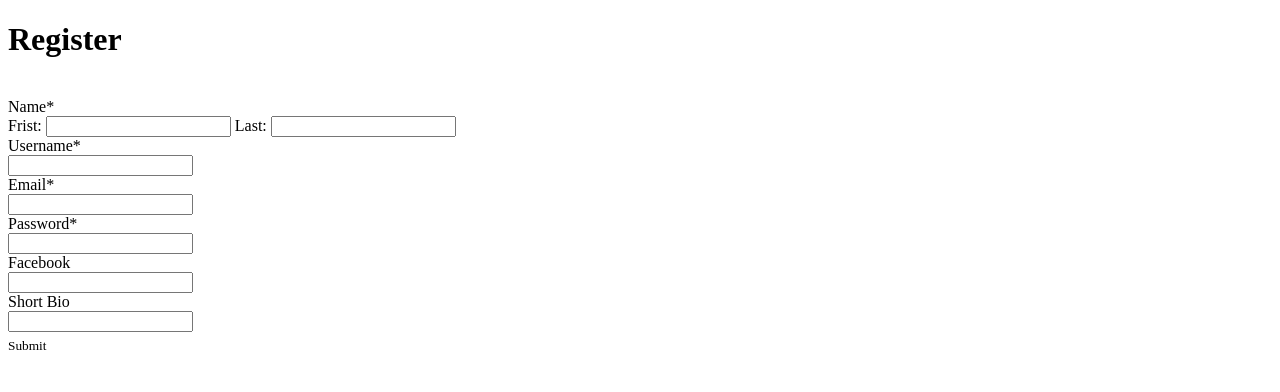
Repository: Knguyen2003/Spring
Page: JavaServlet/Tuan1/PhanNguyenKhoiNguyen_21068021_Tuan1/src/main/webapp/index.html
An editor plug-in stored every save of this project. The page is shown before and after the next save, followed by the edit.
The browser window is 1280 px wide. The pictures show the whole page.

Above is the page before, as saved 2024-08-21 11:51:04.

After the next save:
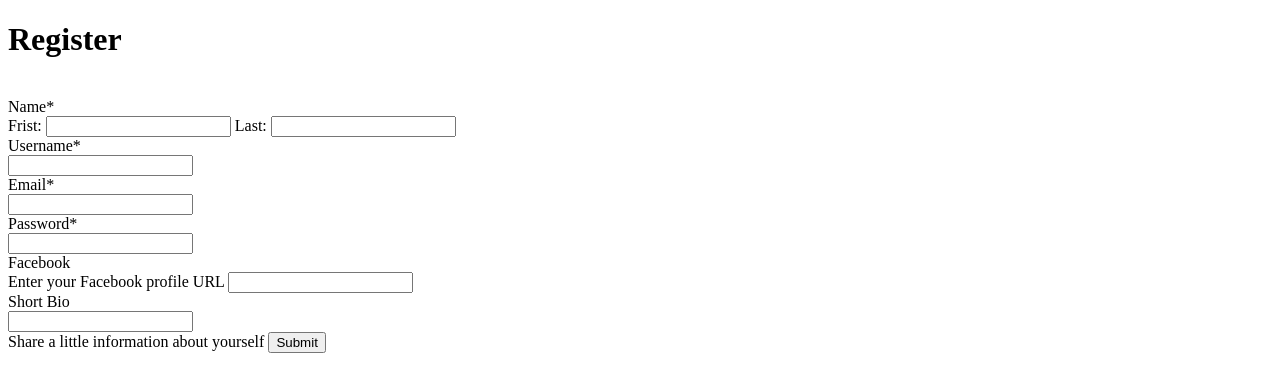
Saved 2 min 1 s later.
--- a/JavaServlet/Tuan1/PhanNguyenKhoiNguyen_21068021_Tuan1/src/main/webapp/index.html
+++ b/JavaServlet/Tuan1/PhanNguyenKhoiNguyen_21068021_Tuan1/src/main/webapp/index.html
@@ -18,10 +18,12 @@
         <label>Password*</label> <br>
         <input type="password" name="pw"> <br>
         <label>Facebook</label> <br>
+        <label>Enter your Facebook profile URL</label>
         <input type="text" name="face"> <br>
 
         <label>Short Bio</label> <br>
         <input type="text" name="short"> <br>
-        <sub>Submit</sub>
+        <label>Share a little information about yourself</label>
+        <button>Submit</button>
 </body>
 </html>
